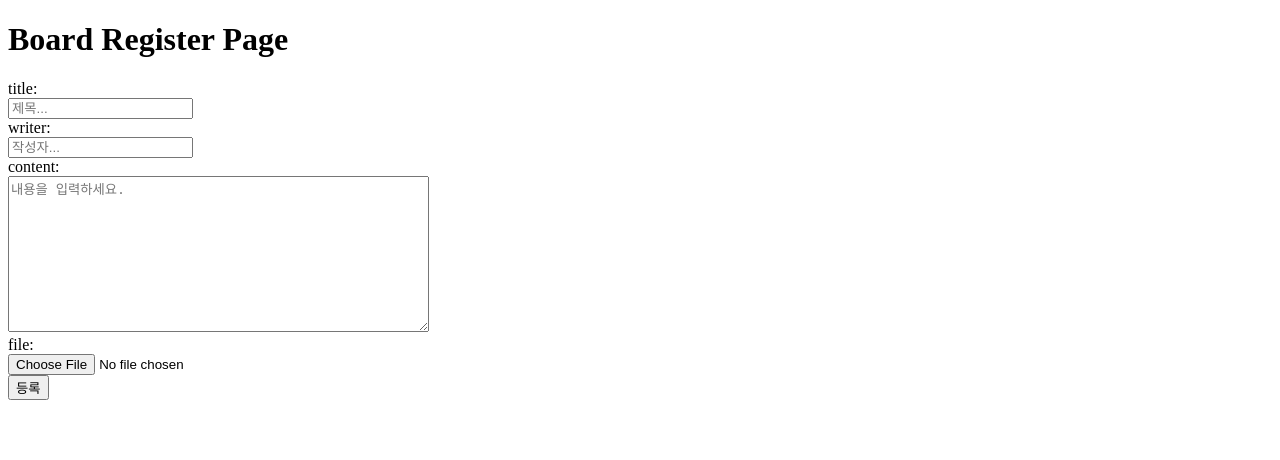
Repository: dtkd19/jsp-jstl_241022
Page: http://localhost/jsp_study/brd/register
An editor plug-in stored every save of this project. The page is shown before and after the next save, followed by the edit.
The browser window is 1280 px wide. The pictures show the whole page.
The page is served by Tomcat 9.

Above is the page before, as saved 2024-10-25 07:18:40.

After the next save:
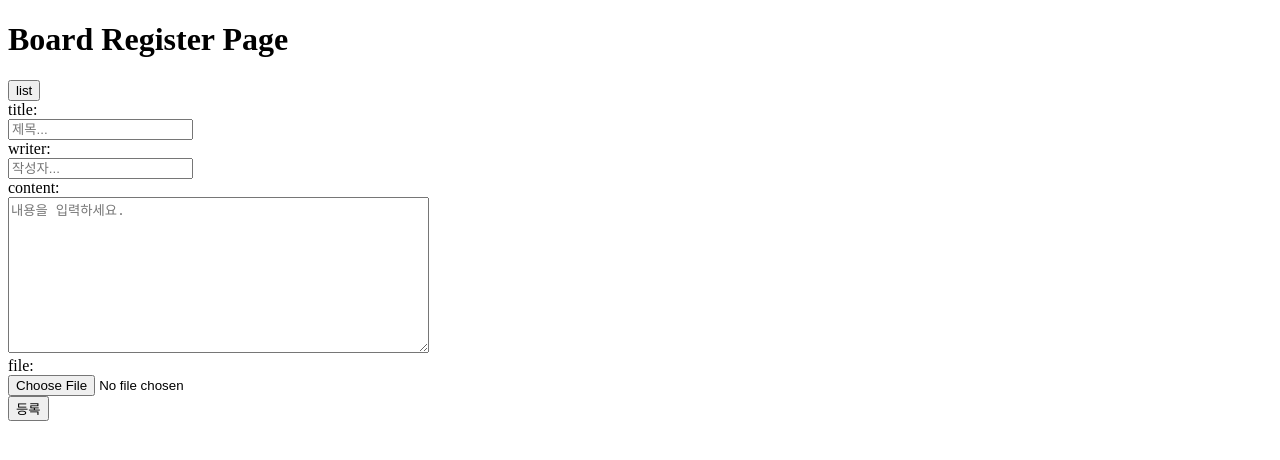
Saved 75 min 55 s later.
--- a/jsp_study/src/main/webapp/board/register.jsp
+++ b/jsp_study/src/main/webapp/board/register.jsp
@@ -8,6 +8,8 @@
 </head>
 <body>
 	<h1>Board Register Page</h1>
+	<a href="/index.jsp"> <button>list</button> </a>
+
 	<!-- 등록 / 수정 post  -->
 	<!-- enctype ="multipart/form-data": 첨부파일을 가져갈 때 사용 -->
 	<!-- 파일종류 : 이미지파일만.. 1개만 가능하도록  -->
